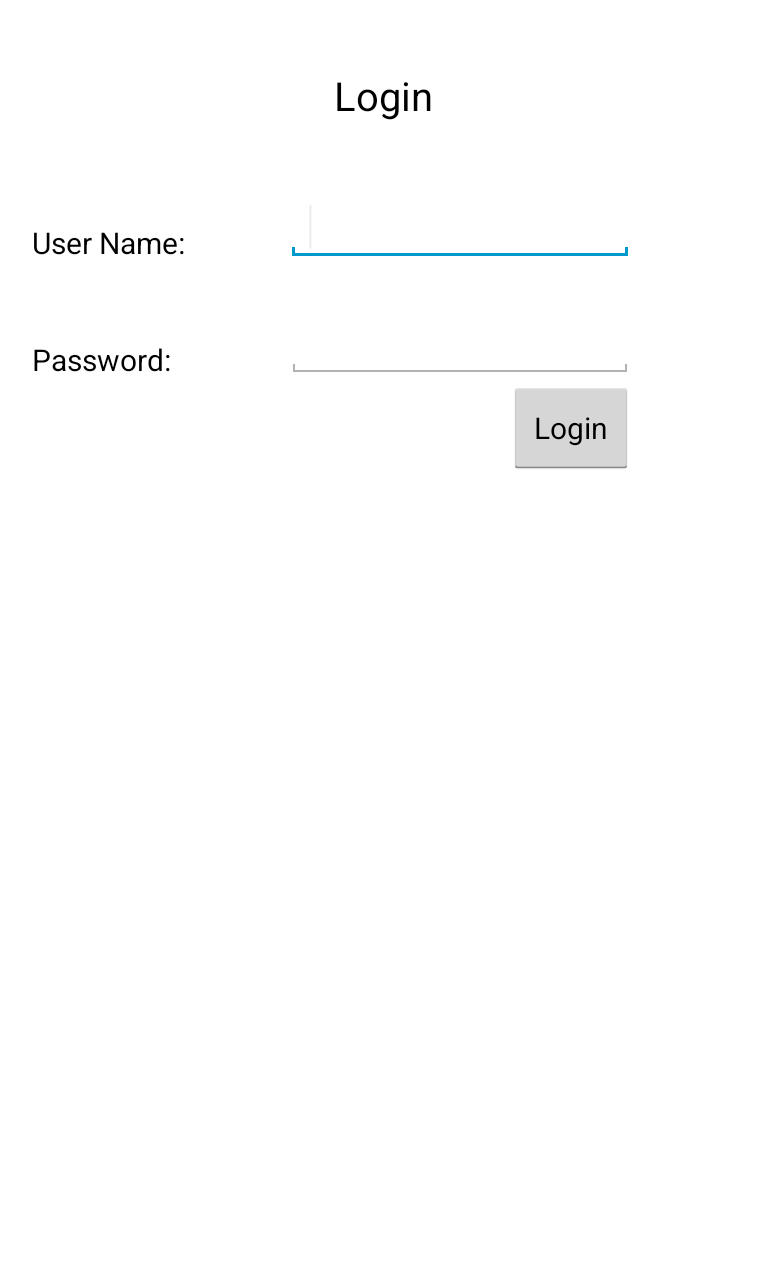
Repository: chrisberry/WebAPIWithAndroidUI
Layout: PeopleAPIAndroid/PeopleAPI/res/layout/login_main.xml
An editor plug-in stored every save of this project. The layout is shown before and after the next save, followed by the edit.
It is drawn on a 768 x 1280 px phone screen (xhdpi) without system bars, with theme AppTheme; the app's code is not run.

Above is the layout before, as saved 2014-02-11 19:09:04.

### PeopleAPIAndroid/PeopleAPI/res/layout/login_main.xml
<RelativeLayout xmlns:android="http://schemas.android.com/apk/res/android"
    xmlns:tools="http://schemas.android.com/tools"
    android:layout_width="match_parent"
    android:layout_height="match_parent"
    android:onClick="editActions"
    android:paddingBottom="@dimen/activity_vertical_margin"
    android:paddingLeft="@dimen/activity_horizontal_margin"
    android:paddingRight="@dimen/activity_horizontal_margin"
    android:paddingTop="@dimen/activity_vertical_margin"
    tools:context=".LoginMainActivity" >


    <TextView
        android:id="@+id/textHeader"
        android:layout_width="wrap_content"
        android:layout_height="wrap_content"
        android:layout_alignParentTop="true"
        android:layout_centerHorizontal="true"
        android:layout_marginTop="18dp"
        android:text="@string/login_tile"
        android:textAppearance="?android:attr/textAppearanceLarge"
        android:textSize="20sp" />

    <TextView
        android:id="@+id/txtUserName"
        android:layout_width="wrap_content"
        android:layout_height="wrap_content"
        android:layout_alignParentLeft="true"
        android:layout_below="@+id/textHeader"
        android:layout_marginTop="50dp"
        android:text="@string/username"
        android:textAppearance="?android:attr/textAppearanceMedium" />

    <EditText
        android:id="@+id/editUserName"
        android:layout_width="wrap_content"
        android:layout_height="wrap_content"
        android:layout_alignBottom="@+id/txtUserName"
        android:layout_marginLeft="50dp"
        android:layout_toRightOf="@+id/txtUserName"
        android:ems="10" >

        <requestFocus />
    </EditText>

    <TextView
        android:id="@+id/txtPassword"
        android:layout_width="wrap_content"
        android:layout_height="wrap_content"
        android:layout_alignLeft="@+id/txtUserName"
        android:layout_below="@+id/txtUserName"
        android:layout_marginTop="38dp"
        android:text="@string/password"
        android:textAppearance="?android:attr/textAppearanceMedium" />

    <EditText
        android:id="@+id/editPassword"
        android:layout_width="wrap_content"
        android:layout_height="wrap_content"
        android:layout_alignBottom="@+id/txtPassword"
        android:layout_alignLeft="@+id/editUserName"
        android:ems="10"
        android:inputType="textPassword" />

    <Button
        android:id="@+id/button1"
        android:layout_width="wrap_content"
        android:layout_height="wrap_content"
        android:layout_alignRight="@+id/editPassword"
        android:layout_below="@+id/editPassword"
        android:onClick="login"
        android:text="@string/login" />

</RelativeLayout>

### PeopleAPIAndroid/PeopleAPI/res/values/styles.xml
<resources>

    <!--
        Base application theme, dependent on API level. This theme is replaced
        by AppBaseTheme from res/values-vXX/styles.xml on newer devices.


    -->
    <style name="AppBaseTheme" parent="android:Theme.Light">
        <!--
            Theme customizations available in newer API levels can go in
            res/values-vXX/styles.xml, while customizations related to
            backward-compatibility can go here.


        -->
    </style>

    <!-- Application theme. -->
    <style name="AppTheme" parent="AppBaseTheme">
        <!-- All customizations that are NOT specific to a particular API-level can go here. -->
        <item name="android:textSize">15sp</item>
		 <item name="android:layout_width">fill_parent</item>
        <item name="android:layout_height">wrap_content</item>
        <item name="android:typeface">sans</item>
    </style>

    <style name="CodeFont" parent="@android:style/TextAppearance.Medium">
        <item name="android:layout_width">fill_parent</item>
        <item name="android:layout_height">wrap_content</item>
        <item name="android:textColor">#006699</item>
        <item name="android:typeface">sans</item>
    </style>

</resources>

### PeopleAPIAndroid/PeopleAPI/res/values/strings.xml
<?xml version="1.0" encoding="utf-8"?>
<resources>
    <string name="app_name">People API</string>
    <string name="action_settings">Settings</string>
    <string name="hello_world">Hello world!</string>
    <string name="login_tile">Login</string>
    <string name="register_tile">Register</string>
    <string name="register_prompt">No Account? Register here!</string>
    <string name="password">Password:</string>
    <string name="confirm_password">Confirm Password:</string>
    <string name="login">Login</string>
    <string name="register">Register</string>
    <string name="username">User Name:</string>
</resources>

Loaded but not shown: PeopleAPIAndroid/PeopleAPI/res/values-v11/styles.xml (common file); PeopleAPIAndroid/PeopleAPI/res/values-v14/styles.xml (common file); PeopleAPIAndroid/PeopleAPI/res/values/dimens.xml (common file)

After the next save:
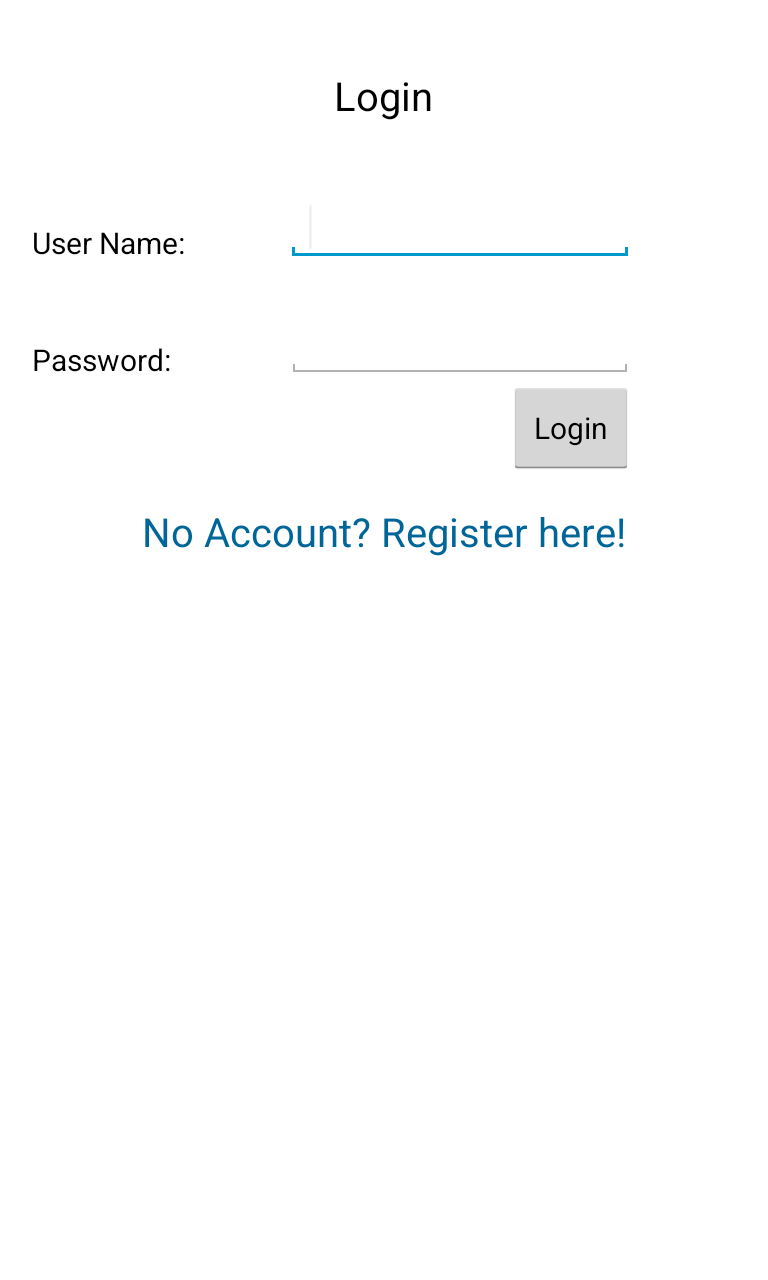
Saved 47 s later.
--- a/PeopleAPIAndroid/PeopleAPI/res/layout/login_main.xml
+++ b/PeopleAPIAndroid/PeopleAPI/res/layout/login_main.xml
@@ -8,7 +8,6 @@
     android:paddingRight="@dimen/activity_horizontal_margin"
     android:paddingTop="@dimen/activity_vertical_margin"
     tools:context=".LoginMainActivity" >
-
 
     <TextView
         android:id="@+id/textHeader"
@@ -71,4 +70,15 @@
         android:onClick="login"
         android:text="@string/login" />
 
+    <TextView
+        style="@style/CodeFont"
+        android:layout_width="wrap_content"
+        android:layout_height="wrap_content"
+        android:layout_below="@+id/button1"
+        android:layout_centerHorizontal="true"
+        android:layout_marginTop="14dp"
+        android:onClick="showRegister"
+        android:text="@string/register_prompt"
+        android:textSize="20sp" />
+
 </RelativeLayout>
